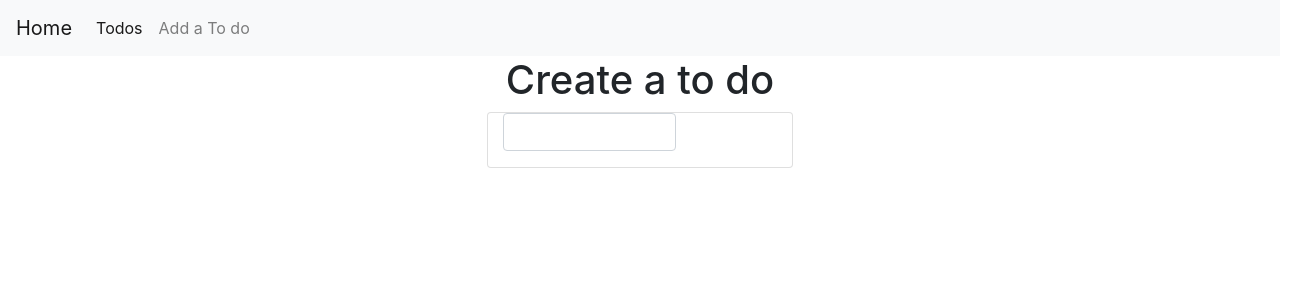
Repository: Azariagmt/laravel-to-do-app
Page: http://localhost/new-to-do
These files come from the project's save history. The page is drawn as it stood at one moment and after a run of saves; the edit follows.
The browser window is 1280 px wide. The page is 1295 px wide, so the pictures cover 1295 px, including what lies to the right of the window. The pictures show the whole page.
The page is served by the project's Laravel application, run on PHP 8.4 with Laravel 8.

Above is the page before, as saved 2020-04-27 22:46:48.

After the next 2 saves:
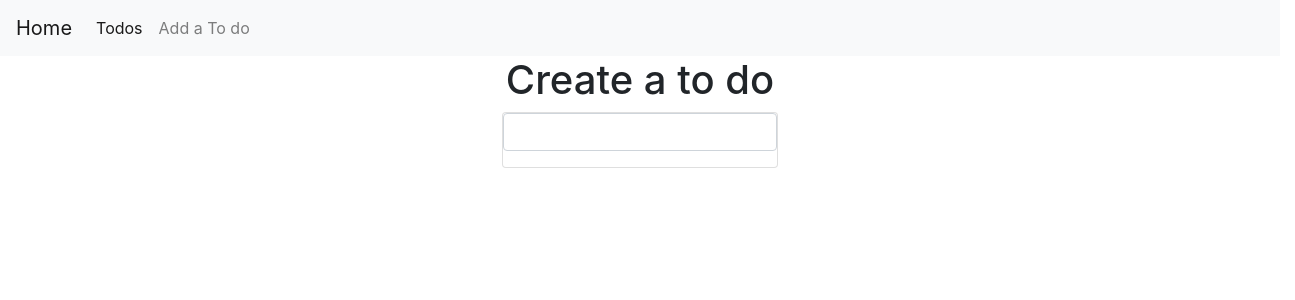
The 2 saves are shown as one change because they came seconds apart.
The last was saved 13 s later.
--- a/resources/views/todos/new.blade.php
+++ b/resources/views/todos/new.blade.php
@@ -6,13 +6,13 @@ Create a to do
 </h1>
 <div class="row justify-content-center">
 <div class="card card-default">
-<div class="col-md-8">
+
 <form action="">
 <div class="form-group">
 <input type="text" class="form-control" name="name">
 </div>
 </form>
-</div>
+
 </div>
 </div>
 @endsection
